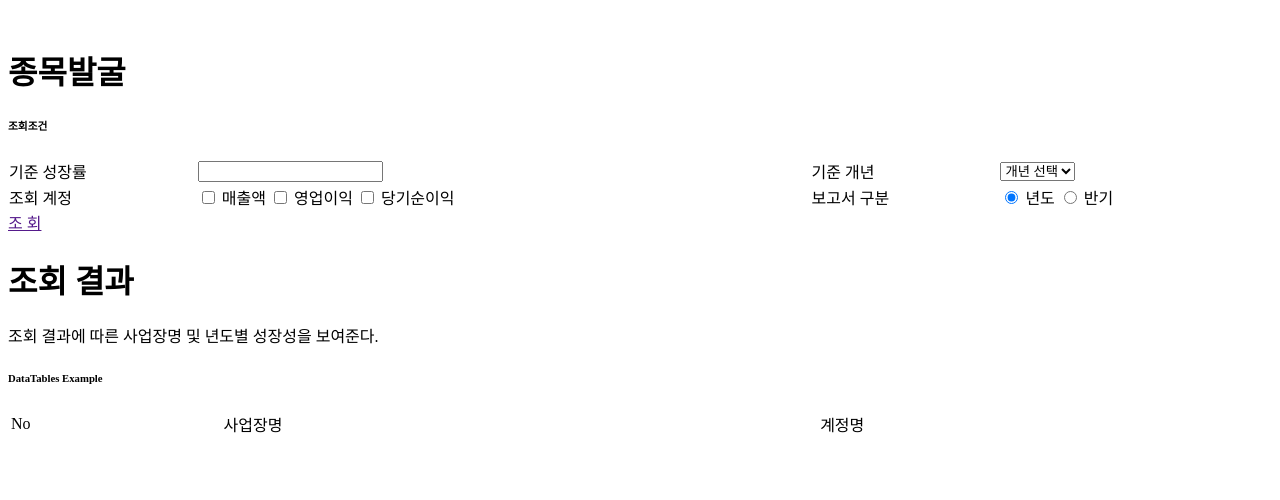
Repository: bangProgram/PJT_Finance
Page: http://localhost/Finance/WEB-INF/views/report/reportList.jsp
An editor plug-in stored every save of this project. The page is shown before and after the next save, followed by the edit.
The browser window is 1280 px wide. The pictures show the whole page.
The page is served by Tomcat 9. Nobody is signed in. Other server files are loaded and not shown. The template is opened directly, without the code that normally fills it, so the values that code supplies are empty.

Above is the page before, as saved 2022-10-26 07:36:18.

### Finance/src/main/webapp/WEB-INF/views/report/reportList.jsp
<%@ page pageEncoding="UTF-8" contentType="text/html;charset=utf-8"%>
<%@ taglib prefix="fmt" uri="http://java.sun.com/jsp/jstl/fmt"%>
<%@ taglib uri="http://java.sun.com/jsp/jstl/core" prefix="c"%>
<script src="https://code.jquery.com/jquery-3.4.1.min.js"></script>﻿
<script type="text/javascript">
	$(document).ready(function(){
		var chkYear = pEndYear;
		var yearString = $("#pYearList").val();
		var pYearList = yearString.split(',');
		$("#pStartYear").val(pYearList[4]);
		$("#pEndYear").val(pYearList[0]);
		var pEndYear = $("#pEndYear").val();

		var html = ''
		var chkYearList = ''
		for(var i=0; i<pYearList.length; i++){
			if(i==0){
				chkYearList += pYearList[i];
				html += '<option value="'+chkYearList+'">'+ pYearList[i] +' </option>'
			}else{
				chkYearList += ','+pYearList[i];
				html += '<option value="'+chkYearList+'">'+ pEndYear+' ~ '+ pYearList[i]  +' </option>'
			}

		}
		$('#chkYearList').append(html);

		$("#pReportCd").change(function(){
			var reprtCd = $("#pReportCd").val();
			if(reprtCd == '11011'){
				$("#head1").css('display', 'block');
				$("#head2").css('display', 'none');
			}else{
				$("#head1").css('display', 'none');
				$("#head2").css('display', 'block');
			}
		});
	});

	function goSearch(){
		var frm = document.searchForm;
		var pAccountIds = [];
		$("input[name=pAccountId]:checked").each(function(){
			pAccountIds.push($(this).val());
		});
		$("#pAccountIds").val(pAccountIds);

		$.ajax({
			type : 'post',           // 타입 (get, post, put 등등)
			url : '/report/select',           // 요청할 서버url
			data : {
				pYearList : $("#pYearList").val(),
				pStartYear : $("#pStartYear").val(),
				pEndYear : $("#pEndYear").val(),
				pReportCd : $("#pReportCd").val(),
				chkAccRate : $("#chkAccRate").val(),
				chkYearList : $("#chkYearList").val(),
				pAccountIds : $("#pAccountIds").val()
			},
			dataType : 'json',
			success : function(data) { // 결과 성공 콜백함수
				var resultList = data.resultList;
				var yearList = data.pYearList;
				 $("#userList").dataTable({
				 	data: resultList,
				 	destroy: true,
				 	columns: [
				  		{ data: 'RNUM' },
				  		{ data: 'CORP_NAME' },
				  		{ data: 'ACCOUNT_ID' },
				  		{ data: 'RATE_0' },
				  		{ data: 'RATE_1' },
				  		{ data: 'RATE_2' },
				  		{ data: 'RATE_3' },
				  		{ data: 'RATE_4' }
				  	]
				});
				alert("조회완료");
			},
			error : function(request, status, error) {
				console.log(error)
			}
		})

	}
</script>

<html>
<head>
<title>사업장 목록</title>
</head>
<body>
<div class="container-fluid">
	<form name="searchForm" method="post">
	<input type="hidden" name="pYearList" id="pYearList" value="${yearString}" title="조회 년도 목록">
	<input type="hidden" name="pStartYear" id="pStartYear" class="pSearchYear" value="" title="조회 시작년도">
	<input type="hidden" name="pEndYear" id="pEndYear" class="pSearchYear" value="" title="조회 시작년도">

	<!-- Page Heading -->
	<h1 class="h3 mb-2 text-gray-800">종목발굴</h1>
	<p class="mb-4"></p>

	<!-- DataTales Example -->
    <div class="card shadow mb-4">
        <div class="card-header py-3">
            <h6 class="m-0 font-weight-bold text-primary">조회조건</h6>
        </div>
        <div class="card-body">
            <div class="table-responsive">

                <table class="table table-bordered"  width="100%" cellspacing="0">
                    <tbody>
                        <tr>
                            <td>기준 성장률</td>
							<td><input type="text" name="chkAccRate" id="chkAccRate" value="" title="기준 성장률">  </td>
							<td>기준 개년</td>
							<td>
								<select name="chkYearList" id="chkYearList" title="기준 년도 선택">
									<option value = "">개년 선택</option>
								</select>
							</td>
                        </tr>
                        <tr>
                            <td>조회 계정</td>
							<td>
								<input type="hidden" name="pAccountIds" id="pAccountIds" value="" title="계정 목록">
								<input type="checkbox" name="pAccountId" id="pAccountId" value="ifrs-full_Revenue" title="매출액"> 매출액
								<input type="checkbox" name="pAccountId" id="pAccountId" value="dart_OperatingIncomeLoss" title="영업이익"> 영업이익
								<input type="checkbox" name="pAccountId" id="pAccountId" value="ifrs-full_ProfitLoss" title="당기순이익"> 당기순이익
							</td>
							<td>보고서 구분</td>
							<td><input type="radio" name="pReportCd" id="pReportCd" value="11011" title="보고서 구분" checked="checked"> 년도 <input type="radio" name="pReportCd" id="pReportCd" value="11012" title="보고서 구분"> 반기 </td>
                        </tr>
                    </tbody>
                </table>
                <a href="" onclick="goSearch(); return false;" class="btn btn-light btn-icon-split btn-sm">
                     <span class="icon text-white-50">
                         <i class="fas fa-flag"></i>
                     </span>
                     <span class="text">조 회</span>
               	</a>
            </div>
        </div>
    </div>
    </form>
</div>

<div class="container-fluid">

	<!-- Page Heading -->
	<h1 class="h3 mb-2 text-gray-800">조회 결과</h1>
	<p class="mb-4">조회 결과에 따른 사업장명 및 년도별 성장성을 보여준다.
		<span id=""></span>
	</p>

	<!-- DataTales Example -->
    <div class="card shadow mb-4">
        <div class="card-header py-3">
            <h6 class="m-0 font-weight-bold text-primary">DataTables Example</h6>
        </div>
        <div class="card-body">
            <div class="table-responsive">
                <table id="userList" class="table table-bordered" id="dataTable" width="100%" >
                    <thead>
			            <tr id="head1">
			            	<td>No</td>
							<td>사업장명</td>
							<td>계정명</td>
							<c:forEach items="${yearList}" var="list">
								<td>${list} 년</td>
							</c:forEach>
						</tr>
						<tr id="head2" style="display: none;">
			            	<td>No</td>
							<td>사업장명</td>
							<td>계정명</td>
							<c:forEach items="${quaterList}" var="list">
								<td>${list}</td>
							</c:forEach>
						</tr>
			        </thead>
			        <tbody id="bodyList">
			        </tbody>
                </table>
            </div>
        </div>
    </div>
</div>
</body>
</html>

After the next save:
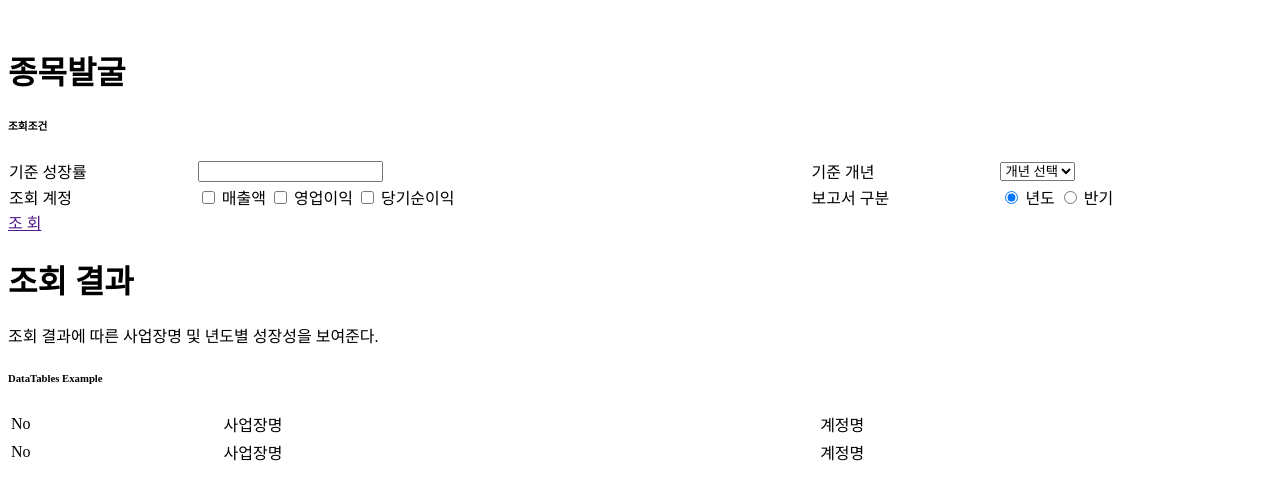
Saved 94 s later.
--- a/Finance/src/main/webapp/WEB-INF/views/report/reportList.jsp
+++ b/Finance/src/main/webapp/WEB-INF/views/report/reportList.jsp
@@ -170,7 +170,7 @@
 								<td>${list} 년</td>
 							</c:forEach>
 						</tr>
-						<tr id="head2" style="display: none;">
+						<tr id="head2">
 			            	<td>No</td>
 							<td>사업장명</td>
 							<td>계정명</td>

After the save that followed:
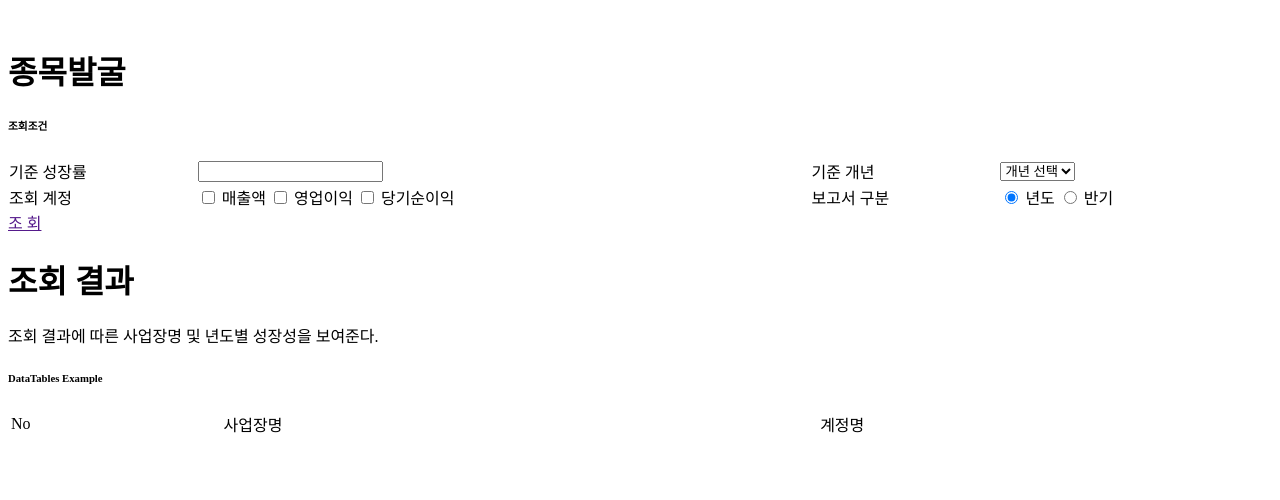
Saved 3 min 41 s later.
--- a/Finance/src/main/webapp/WEB-INF/views/report/reportList.jsp
+++ b/Finance/src/main/webapp/WEB-INF/views/report/reportList.jsp
@@ -170,7 +170,7 @@
 								<td>${list} 년</td>
 							</c:forEach>
 						</tr>
-						<tr id="head2">
+						<tr id="head2" style="display: none;">
 			            	<td>No</td>
 							<td>사업장명</td>
 							<td>계정명</td>
